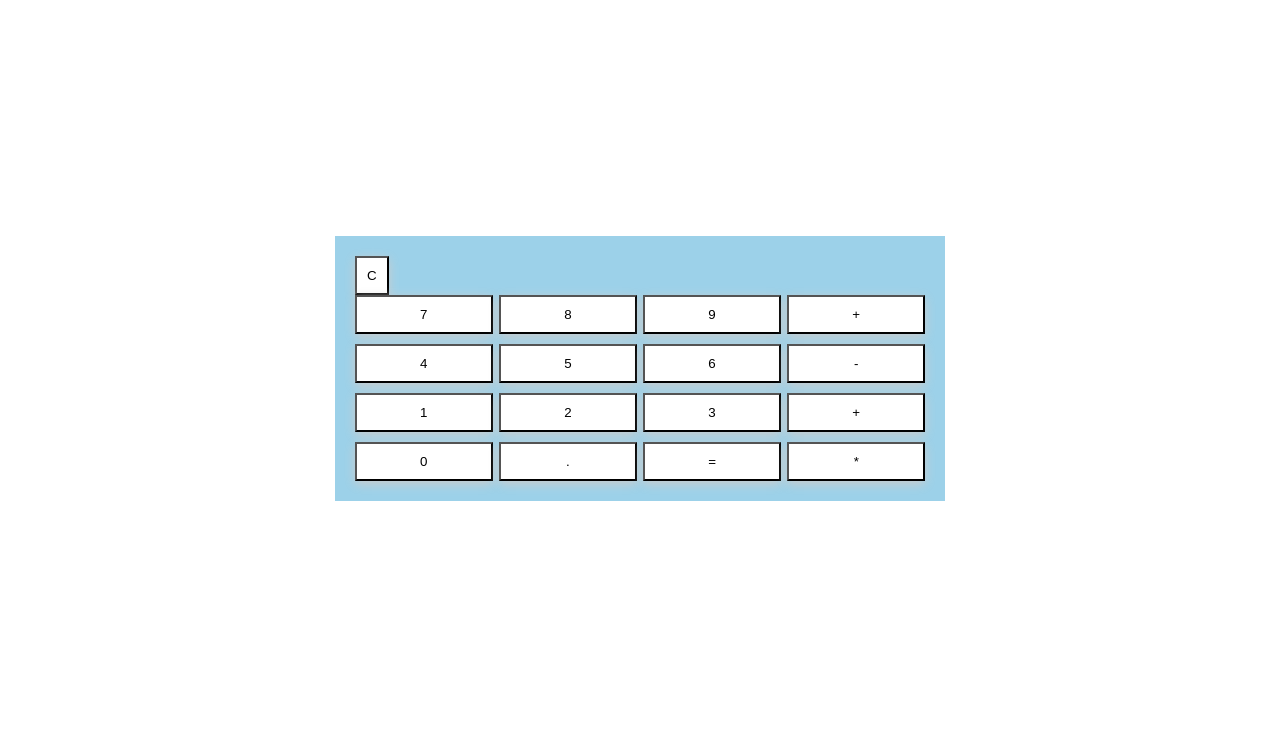
Repository: sem1103/calculator
Page: index.html
The author's editor kept a copy of each file at every save. The page is drawn from the files as they stood at one save, then again after the next save.
The browser window is 1280 px wide. The pictures show the whole page.

Above is the page before, as saved 2023-11-01 19:44:06.

After the next save:
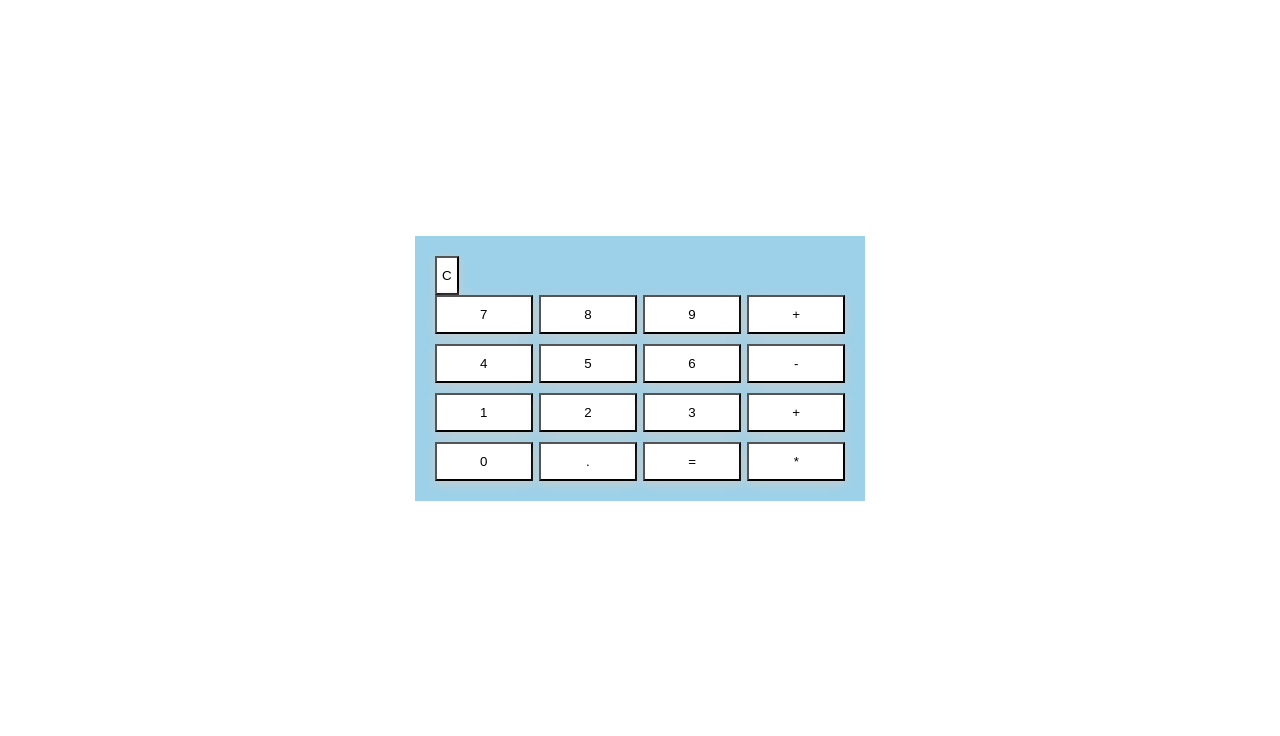
Saved 55 s later.
--- a/index.html
+++ b/index.html
@@ -30,7 +30,7 @@
         }
 
         button {
-            padding: 10px;
+            padding: 10px 5px;
             text-align: center;
             background-color: #fff;
             box-shadow: 0 3px 10px #ccc;
